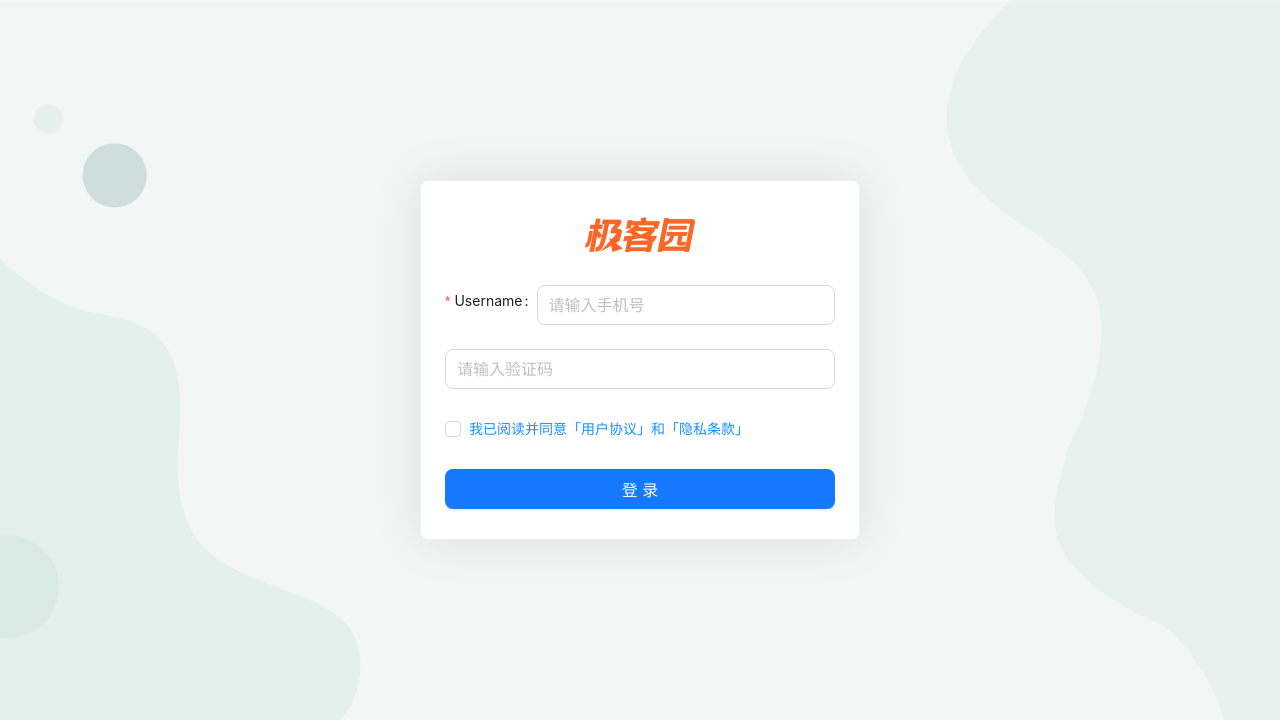
Repository: meizizi66/jike
Page: /login
These files come from the project's save history. The page is drawn as it stood at one moment and after the next save; the edit follows.
The browser window is 1280 px wide. The pictures show the whole page.
The project was rebuilt for these pictures with package versions that can differ from the ones it lists, and the page was loaded fresh each time. Also part of the build but not shown: craco.config.js. Imported but missing from the stored project, and not drawn on this page: src/pages/Layout.

Above is the page before, as saved 2024-03-10 17:30:21.

After the next save:
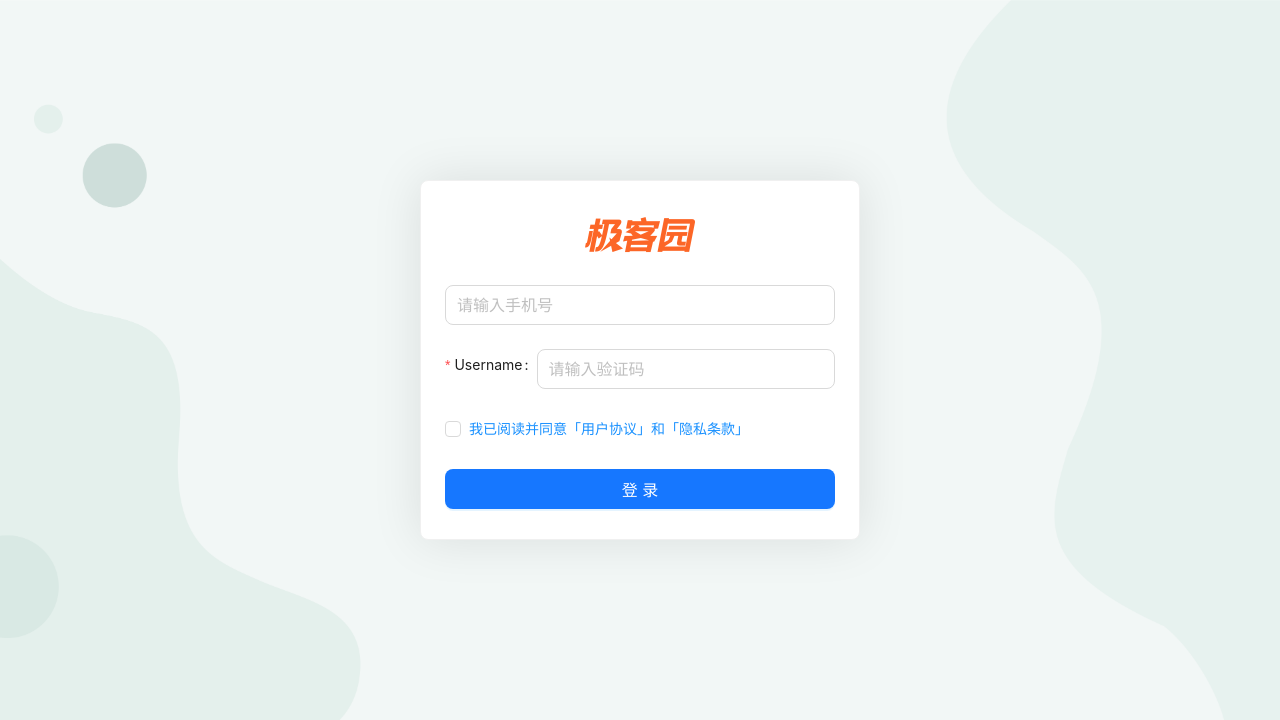
Saved 26 s later.
--- a/src/pages/Login/index.js
+++ b/src/pages/Login/index.js
@@ -10,7 +10,6 @@ const Login = () => {
                 {/* 登录表单 */}
                 <Form>
                     <Form.Item
-                        label="Username"
                         name="username"
                         rules={[
                             {
@@ -21,7 +20,16 @@ const Login = () => {
                     >
                         <Input size="large" placeholder="请输入手机号" />
                     </Form.Item>
-                    <Form.Item>
+                    <Form.Item
+                        label="Username"
+                        name="username"
+                        rules={[
+                            {
+                                required: true,
+                                message: 'Please input your username!',
+                            },
+                        ]}
+                    >
                         <Input size="large" placeholder="请输入验证码" />
                     </Form.Item>
                     <Form.Item>
